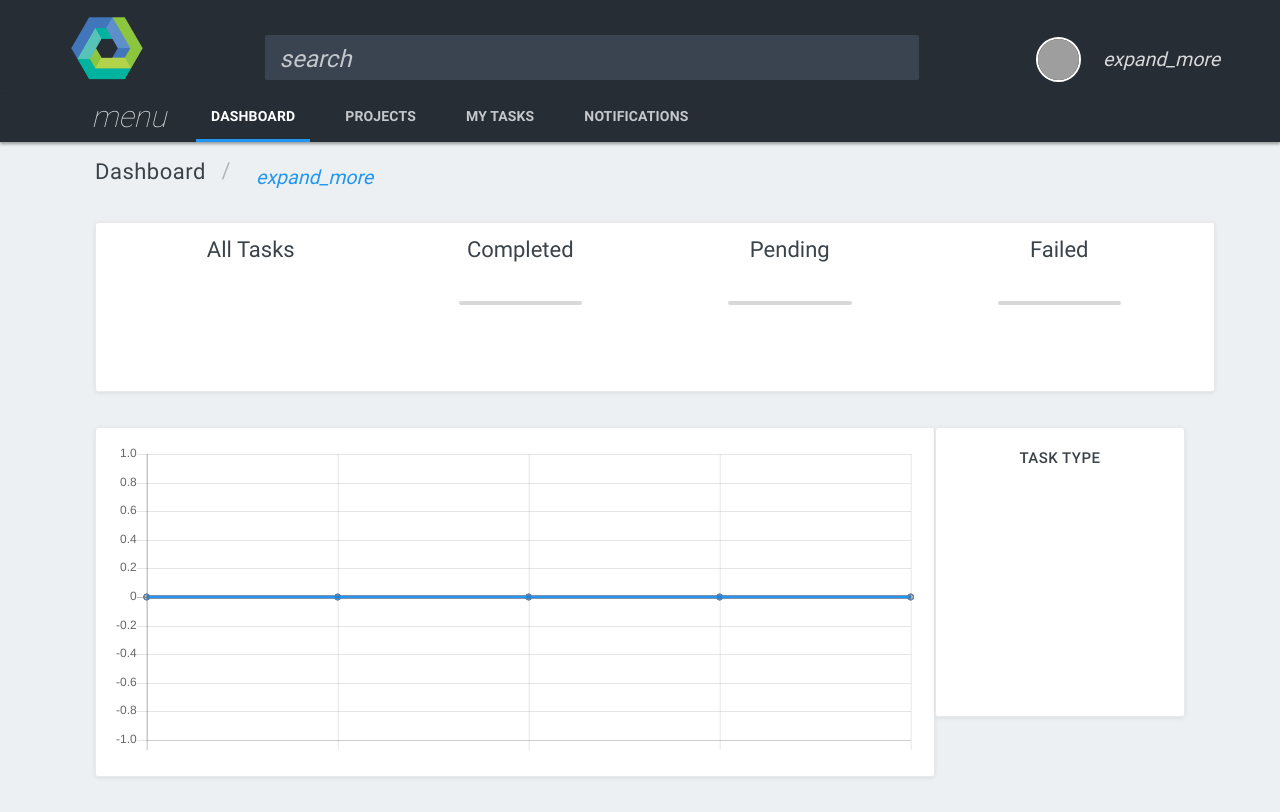
Repository: RenanChagas/ProjectManagement
Page: http://localhost/finalproject/WEB-INF/views/dashboard.jsp
The author's editor kept a copy of each file at every save. The page is drawn from the files as they stood at one save, then again after the next save.
The browser window is 1280 px wide. The pictures show the whole page.
Pictures or frames that could not be fetched are drawn as grey boxes. The page is served by Tomcat 9. Nobody is signed in. Other server files are loaded and not shown. The template is opened directly, without the code that normally fills it, so the values that code supplies are empty.

Above is the page before, as saved 2017-11-23 02:06:46.

### finalproject/src/main/webapp/WEB-INF/views/dashboard.jsp
<%@ page language="java" contentType="text/html; charset=ISO-8859-1" pageEncoding="ISO-8859-1"%>
<%@ taglib prefix="c" uri="http://java.sun.com/jsp/jstl/core"%>
<%@ taglib prefix="form" uri="http://www.springframework.org/tags/form"%>
<%@ taglib prefix="t" uri="http://www.springframework.org/tags"%>

<!DOCTYPE html>
<html lang="en">
<head>
  <meta http-equiv="Content-Type" content="text/html; charset=UTF-8"/>
  <meta name="viewport" content="width=device-width, initial-scale=1, maximum-scale=1.0"/>
  <title>Course Management</title>

  <!-- CSS  -->
  <link href="https://fonts.googleapis.com/icon?family=Material+Icons" rel="stylesheet">
  <link type="text/css" rel="stylesheet" media="screen,projection" href="<c:url value='/static/css/materialize.css' />"/>
  <link type="text/css" rel="stylesheet" media="screen,projection" href="<c:url value='/static/css/custom-css.css' />"/>

  <!--  Scripts-->
  <script src="<c:url value="/static/js/jquery-2.1.1.min.js" />"></script>
  <script src="<c:url value="/static/js/materialize.js" />"></script>
  <script src="<c:url value="/static/js/Chart.js" />"></script>
  <script src="<c:url value="/static/js/menu.js" />"></script>

  <!-- Website Logo -->
  <link rel="icon" href="<c:url value="/static/images/default/logo.png"/>">

  <script type="text/javascript">
	  $(document).ready(function() {

		  var completedTaskPerc = ${percCompletedTasks} + '%';
		  var percPendingTasks = ${percPendingTasks} + '%';
		  var percFailedTasks = ${percFailedTasks} + '%';

		  $('#completedTasks').attr('style','width: ' + completedTaskPerc);
		  $('#pendingTasks').attr('style','width: ' + percPendingTasks);
		  $('#failedTasks').attr('style','width: ' + percFailedTasks);



	  });
  </script>

</head>
<body>
<c:set var="contextPath" value="${pageContext.request.contextPath}"/>

	<!-- NAV TOP  -->
	<nav id="logo_nav" class="MDC-navbar-style MDC-shadow-0 hide-on-small-and-down">
    	<div class="nav-wrapper MDC-nav-margin">
    		<!--  NAV CONTAINER -->
      		<div class="row MDC-nav-top-container ">

        	<!-- Logo -->
        	<div class="col s12 m3 l2">
          		<div class="MDC-nav-logo-position">
          			<img src="<c:url value="/static/images/default/logo.png"/>" class="MDC-nav-logo-size"/>
          		</div>
        	</div>

        	<!-- Search -->
        	<div class="col s12 m7 l7">
          		<div class="MDC-nav-search-position">
            	<form>
              		<div class="input-field">
                		<input id="search" type="search" class="MDC-nav-search-focus" required>
                		<label class="label-icon" for="search"><i class="material-icons MDC-nav-search-focus">search</i></label>
                  		<i class="material-icons MDC-nav-search-focus">close</i>
              		</div>
            	</form>
          		</div>
        	</div>

        	<!-- Avatar -->
        	<div class="col s12 m2 l3">
          		<div class="MDC-nav-account-position">
	            	<!-- Dropdown Trigger -->
	            	<a class="dropdown-button " data-beloworigin="true"
	               		href='#' data-activates='account-dropdown'>
	               		<div class="MDC-nav-account-option-position hide-on-med-and-down">
	                		 <i class="material-icons MDC-icon-small MDC-color-grey-light">expand_more</i>
	               		</div>
	               		<span class="MDC-login-text MDC-nav-account-text-position
	               					MDC-color-grey-light hide-on-med-and-down">
	                 	${user.username}
	               		</span>
	               		<img src="<c:url value="/static/images/avatar/${user.username}/${user.username}.png"/>"
	               				class="MDC-avatar-circle-small mdc-nav-avatar-position"/>
	            	</a>
	            	<!-- Dropdown Structure -->
	            	<ul id='account-dropdown' class='dropdown-content MDC-nav-account-dropdown-position'>
	              		<li><a id="profile" class="modal-trigger MDC-color-grey-dark-2 MDC-font-15" href="${contextPath}/profile">Profile</a></li>
	              		<li class="divider"></li>
	              		<li><a class="MDC-color-grey-dark-2 MDC-font-15" href="${contextPath}/logout">Logout</a></li>
	            	</ul>
          		</div>
        	</div>

			</div>
			<!--  NAV CONTAINER - END-->
		</div>
	</nav>
	<!-- NAV TOP - END -->

  <!-- NAV MENU  -->
  <div class="MDC-menu-fullWidth">
    <div class="MDC-shadow-bottom">
      <header class="MDC-shadow-bottom">
        <nav id="menu_nav" class="MDC-navbar-menu-size MDC-navbar-style MDC-shadow-0 MDC-nav-margin">
          <div class="nav-wrapper MDC-nav-margin MDC-left">
            <!-- MENU ROW -->
            <div class="row">
              <div class="col">
                <div class="MDC-nav-menu-container">

                  <ul id="nav-mobile" class="MDC-nav-menu-ul left left-align">
                    <a href="#" id="mobile-icon" onclick="openNav()" class="left MDC-padding-mobile-0
                    MDC-hover-none">
                      <i class="material-icons MDC-nav-tabs-icon MDC-color-grey-light">
                        menu
                      </i>
                    </a>
                    <li class="MDC-navbar-menu"><a class="active MDC-navbar-active" href="${contextPath}/dashboard">Dashboard</a></li>
                    <li class="MDC-navbar-menu"><a href="${contextPath}/projects">Projects</a></li>
                    <li class="MDC-navbar-menu"><a href="${contextPath}/myTasks">My Tasks</a></li>
                    <li class="MDC-navbar-menu"><a href="${contextPath}/notification">Notifications
                      </a>
                    </li>
                  </ul>
                  <div id="mySidenav" class="MDC-sidenav">
                    <a href="javascript:void(0)" class="MDC-closebtn" onclick="closeNav()">x</a>
                    <a href="${contextPath}/dashboard">Dashboard</a>
                    <a href="${contextPath}/projects">Projects</a>
                    <a href="${contextPath}/myTasks">My Tasks</a>
                    <a href="${contextPath}/notification">Notifications</a>
                    <a href="${contextPath}/profile">Profile</a>
                    <a href="${contextPath}/logout">Logout</a>
                  </div>

                </div>
              </div>
            </div>
            <!-- MENU ROW - END -->
          </div>
        </nav>
      </header>
    </div>
  </div>
  <!-- NAV MENU - END -->

  <!-- TITLE PAGE -->
  <div class="row  MDC-page-center MDC-page-container">
    <div class="col MDC-padding-0 left">
      <div class="MDC-page-title-size">
        <font class="MDC-h5-style MDC-color-grey-dark-2 MDC-display-inline hide-on-small-and-down">Dashboard</font>
        <font class="MDC-h5-style MDC-color-grey-light-2 MDC-display-inline MDC-relative
                     MDC-news-counterBar-position hide-on-small-and-down">/
        </font>
        <font class="MDC-h5-style MDC-color-blue MDC-display-inline">${user.username}</font>
        <i class="material-icons MDC-icon-small MDC-color-blue
                  MDC-news-expand-icon-position MDC-relative">expand_more</i>

      </div>
    </div>
  </div>
  <!-- TITLE PAGE - END -->

  <!-- RESUME CONTAINER -->
  <div class="MDC-page-center MDC-page-container">
    <!-- RESUME CONTENT -->
    <div class="row MDC-page-margin-top">
      <div class="col l12 MDC-padding-0 MDC-margin-right40">
        <div class="MDC-card MDC-dashboard-card-size">
          <div class="MDC-card-news-container">

            <!-- All Courses -->
            <div class="col s12 m6 l3">
              <div class="row center">
                <font class="MDC-font-22 MDC-color-grey-dark-2">
                  All Tasks
                </font>
              </div>
              <div class="row center">
                <font class="MDC-font-60 MDC-font-bold MDC-color-grey">
                  ${allTasks}
                </font>
              </div>
            </div>

            <!-- Completed Courses -->
            <div class="col s12 m6 l3">
              <div class="row center">
                <font class="MDC-font-22 MDC-color-grey-dark-2">
                  Completed
                </font>
              </div>
              <div class="row center">
                <font class="MDC-font-60 MDC-font-bold MDC-color-grey ">
                  ${completedTasks}
                </font>
                <div class="progress MDC-progressBar-50 MDC-margin-0 MDC-top15 MDC-background-grey-light">
                  <div id="completedTasks" class="determinate"></div>
                </div>
              </div>
            </div>

            <!-- Missing Courses -->
            <div class="col s12 m6 l3">
              <div class="row center">
                <font class="MDC-font-22 MDC-color-grey-dark-2">
                  Pending
                </font>
              </div>
              <div class="row center">
                <font class="MDC-font-60 MDC-font-bold MDC-color-grey ">
                  ${pendingTasks}
                </font>
                <div class="progress MDC-progressBar-50 MDC-margin-0 MDC-top15 MDC-background-grey-light">
                  <div id="pendingTasks" class="determinate yellow darken-2"></div>
                </div>
              </div>
            </div>

            <!-- Overdue Courses -->
            <div class="col s12 m6 l3">
              <div class="row center">
                <font class="MDC-font-22 MDC-color-grey-dark-2">
                  Failed
                </font>
              </div>
              <div class="row center">
                <font class="MDC-font-60 MDC-font-bold MDC-color-grey ">
                  ${failedTasks}
                </font>
                <div class="progress MDC-progressBar-50 MDC-margin-0 MDC-top15 MDC-background-grey-light">
                  <div id="failedTasks" class="determinate red darken-1"></div>
                </div>
              </div>
            </div>

          </div>
        </div>
      </div>
    </div>
    <!-- RESUME CONTENT - END -->

    <!-- Graphics -->
    <div class="row">
      <div class="col l9 MDC-padding-0  hide-on-med-and-down left">
        <div class="MDC-card MDC-dashboardGraphics-card-size">
          <div class="MDC-card-news-container">

            <div>
                <canvas class="MDC-margin-top20 " id="chartjs-Months" width="100" height="320"></canvas>
            </div>
            <script type="text/javascript">


            new Chart(document.getElementById("chartjs-Months"), {

              type: 'line',
              data: {
                labels: ["" + "${months[4]}" + "", "" + "${months[3]}" + "", "" + "${months[2]}" + "", "" + "${months[1]}" + "", "" + "${months[0]}" + ""],
                datasets: [
                  {
                    label: "Tasks Completed",
                    borderColor: "#2196F3",
                    data: ["" + "${completedTasksNumber[4]}" + "","" + "${completedTasksNumber[3]}" + "","" + "${completedTasksNumber[2]}" + "","" + "${completedTasksNumber[1]}" + "", "" + "${completedTasksNumber[0]}" + ""],
                    fill: false,
                    lineTension: 0.2
                  },
                  {
                    label: "Tasks Failed",
                    borderColor: "#e53935",
                    data: ["" + "${failedTasksNumber[4]}" + "","" + "${failedTasksNumber[3]}" + "","" + "${failedTasksNumber[2]}" + "","" + "${failedTasksNumber[1]}" + "", "" + "${failedTasksNumber[0]}" + ""],
                    fill: false,
                    lineTension: 0.2
                  },
                  {
                    label: "Tasks Pending",
                    borderColor: "#fbc02d",
                    data: ["" + "${pendingTasksNumber[4]}" + "","" + "${pendingTasksNumber[3]}" + "","" + "${pendingTasksNumber[2]}" + "","" + "${pendingTasksNumber[1]}" + "", "" + "${pendingTasksNumber[0]}" + ""],
                    fill: false,
                    lineTension: 0.2
                  }
                ]
              },
              "options":{
                "legend": {
                  display: false
                },
                "responsive": true,
                "maintainAspectRatio": false,
                "scales": {
                  "xAxes": [{
                            "gridLines": {
                              display:true
                            }
                  }],
                  "yAxes": [{
                            "gridLines": {
                              display:true
                            }
                            }]
                  }
              }
            });

            </script>

          </div>
        </div>
      </div>

      <!-- Courses -->
      <div class="col l3 MDC-padding-0 right">
        <div class="MDC-card MDC-course-card-size">

          <!-- Task Title -->
          <div class="row center MDC-margin-top10">
            <font class="truncate MDC-font-15 MDC-color-grey-dark-2 MDC-font-h1">
                Task Type
              </font>
          </div>

          <!-- Image -->
          <a href="#">
            <div class="row center MDC-margin-top20">

              <div class="MDC-margin-right20 MDC-margin-left20">
                  <canvas class="MDC-margin-top20 center" id="chartjs-doughnut" width="10" height="10"></canvas>
              </div>
              <script type="text/javascript">
              new Chart(document.getElementById("chartjs-doughnut"), {
                type: 'doughnut',
                data: {
                  labels: ["Bug", "Test"],
                  datasets: [ {
                    data: [
                      "" + "${taskTypeBug}" + "",
                      "" + "${taskTypeTest}" + ""
                    ],
                    backgroundColor: [
                    "#e53935",
                    "#00b39f",
                    ],
                    label: ""
                  }]
                },
                "options":{
                  "legend": {
                    display: false,
                    top: "50",
                    position: "bottom"
                  },
                  animation: {
                  animateScale: true,
                  animateRotate: true
                  }
                }
              });

              </script>
              <!--
              <img src="images/temp/man-profile-circle-4.png"
                class="MDC-avatar-circle-large MDC-shadow-default"/> -->
            </div>
          </a>

          <!-- Task Description -->
          <div class="row center MDC-margin-bottom-10">
            <font class="truncate MDC-font-16-2 MDC-color-grey MDC-font-h1
                        MDC-uppercase-none">
               ${months[0]}
            </font>
          </div>

        <!-- CARD END -->
        </div>
      </div>
      <!-- Courses END -->


    </div>


  </div>
  <!-- RESUME CONTAINER - END -->

</body>
</html>

Loaded but not shown: finalproject/src/main/webapp/static/css/materialize.css (library); finalproject/src/main/webapp/static/js/jquery-2.1.1.min.js (library); finalproject/src/main/webapp/static/js/materialize.js (library); finalproject/src/main/webapp/static/js/Chart.js (library); finalproject/src/main/webapp/static/js/menu.js (49 lines, source omitted); finalproject/src/main/webapp/static/css/custom-css.css (1593 lines, source omitted)

After the next save:
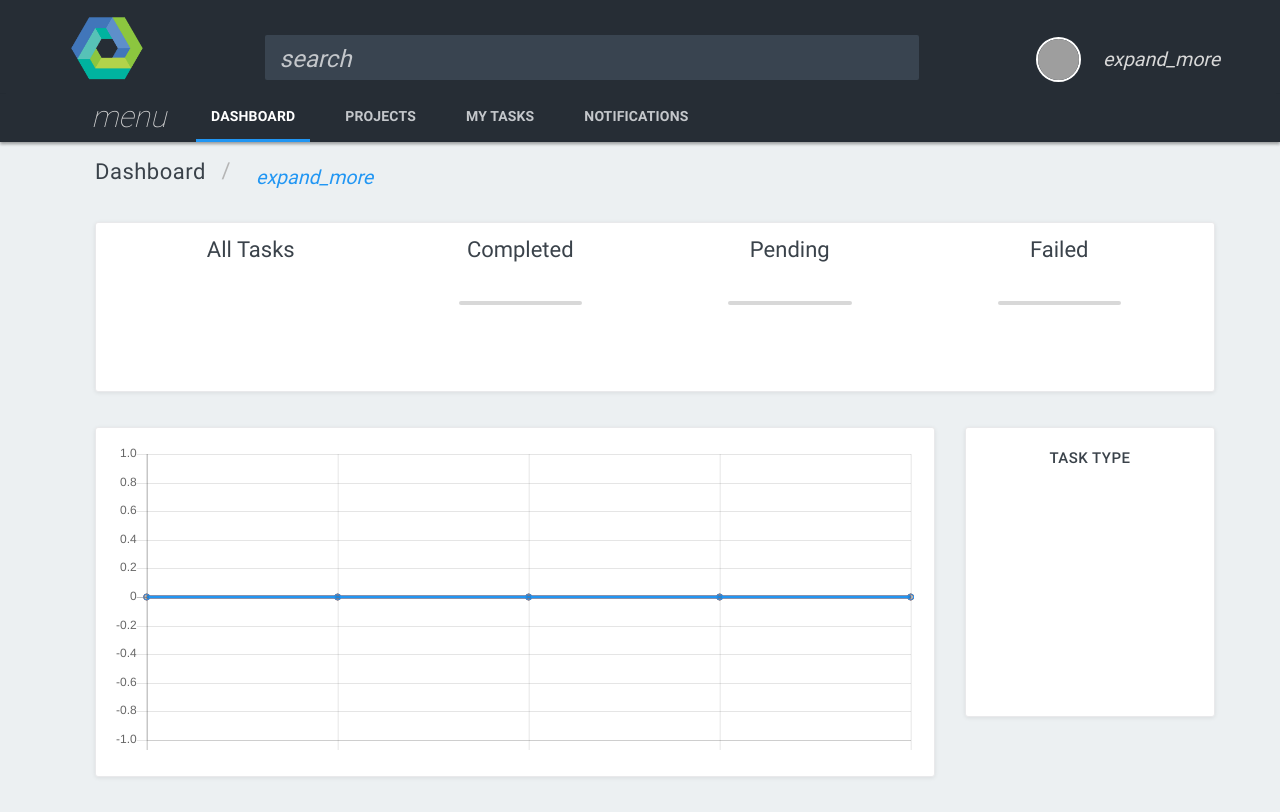
Saved 50 s later.
--- a/finalproject/src/main/webapp/WEB-INF/views/dashboard.jsp
+++ b/finalproject/src/main/webapp/WEB-INF/views/dashboard.jsp
@@ -313,7 +313,7 @@
 
       <!-- Courses -->
       <div class="col l3 MDC-padding-0 right">
-        <div class="MDC-card MDC-course-card-size">
+        <div class="MDC-card MDC-course-card-size right">
 
           <!-- Task Title -->
           <div class="row center MDC-margin-top10">
